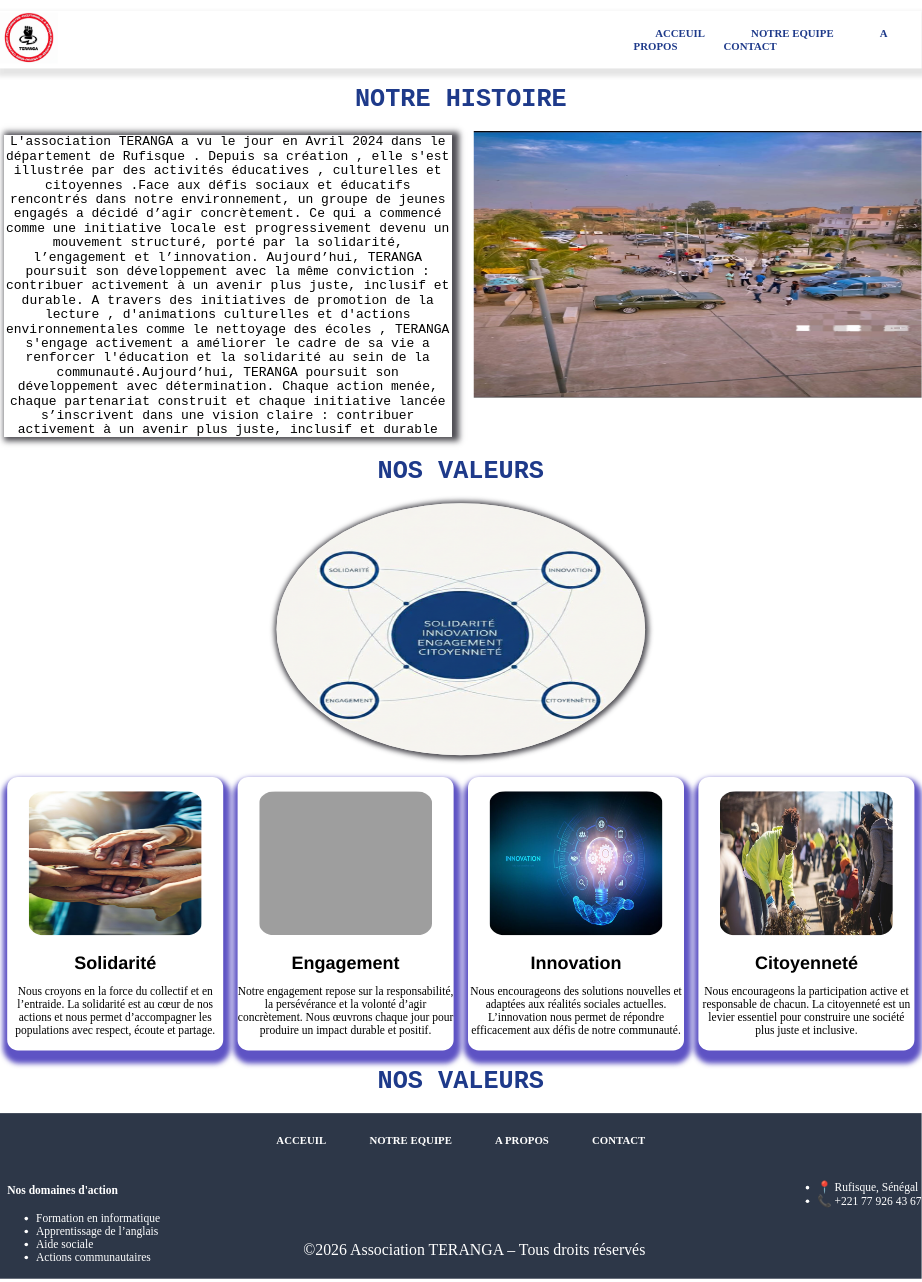
Repository: assanendao171/projet-teranga
Page: propos.html
These files come from the project's save history. The page is drawn as it stood at one moment and after the next save; the edit follows.
The browser window is 1280 px wide. The pictures show the whole page, at 72% of full size.
Pictures or frames that could not be fetched are drawn as grey boxes.

Above is the page before, as saved 2026-02-12 13:39:36.

After the next save:
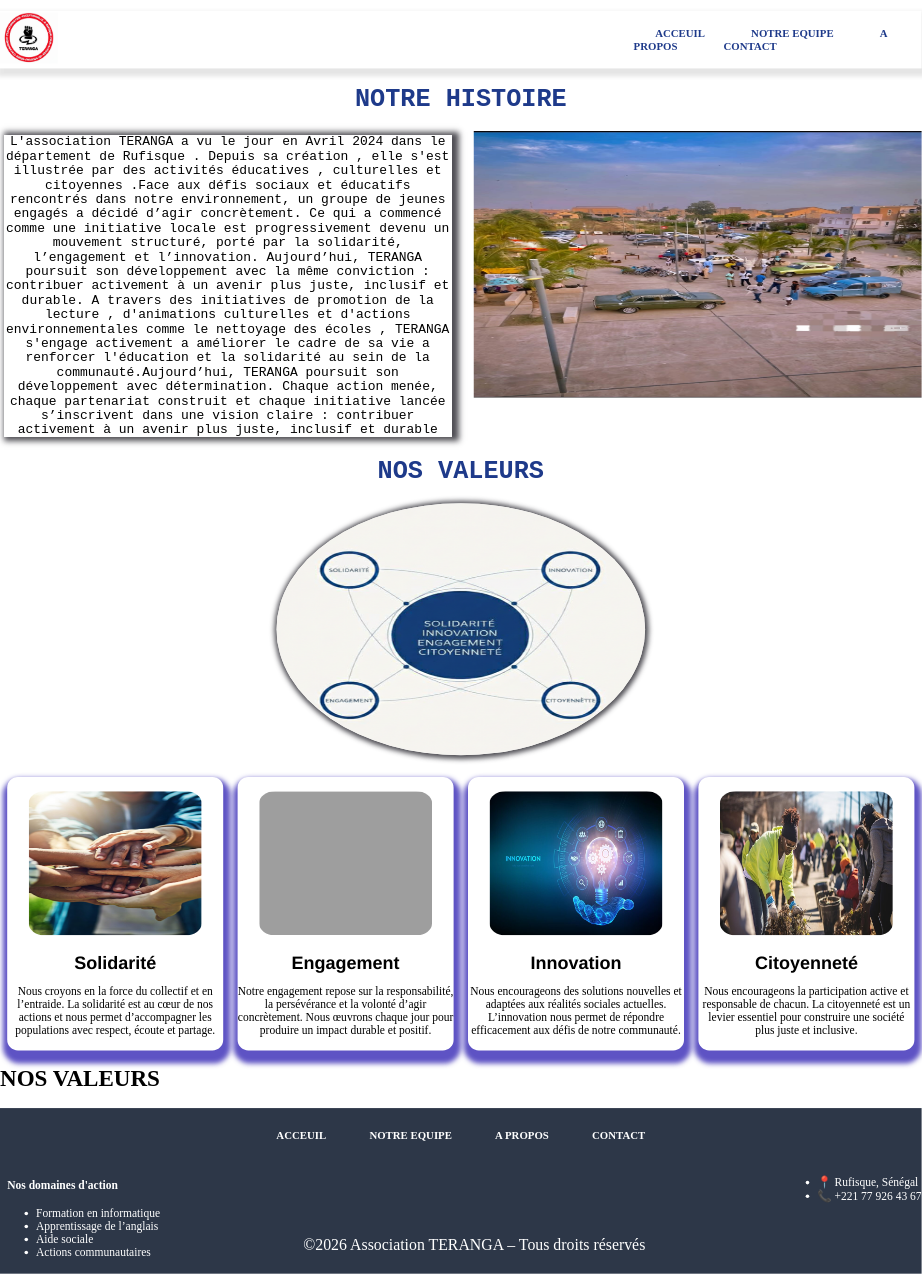
Saved 4 s later.
--- a/propos.html
+++ b/propos.html
@@ -88,7 +88,7 @@ La citoyenneté est un levier essentiel pour construire une société plus juste
 
     <!-- le public -->
      <div>
-        <h1 id="valeur">NOS VALEURS</h1>
+        <h1 id="public">NOS VALEURS</h1>
      </div>
 </main>
 
